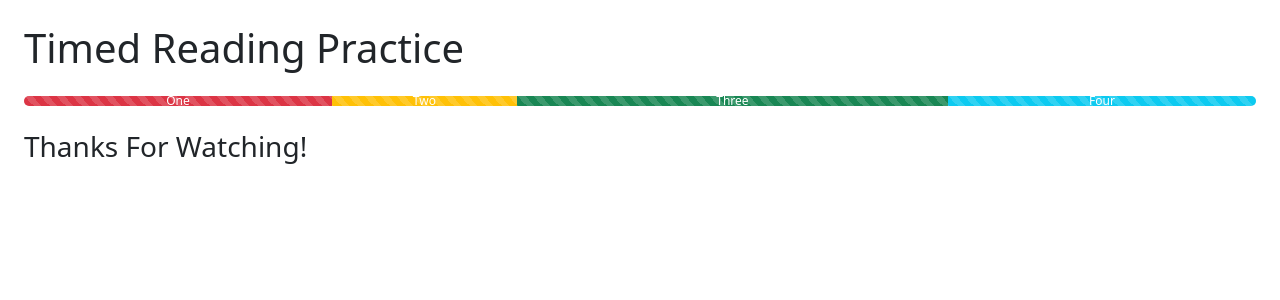
Repository: sarahlochhead/check-santas-list
Page: index.html
These files come from the project's save history. The page is drawn as it stood at one moment and after the next save; the edit follows.
The browser window is 1280 px wide. The pictures show the whole page.

Above is the page before, as saved 2022-11-23 15:00:55.

### index.html
<!DOCTYPE html>
<html lang="en">
<head>
    <meta charset="utf-8">
    <meta name="viewport" content="width=device-width, initial-scale=1, shrink-to-fit=no">
    <title>Progress Bar | Bootstrap</title>
    <!-- STEP 1: Link to Bootstrap CSS -->
    <link href="https://cdn.jsdelivr.net/npm/bootstrap@5.2.3/dist/css/bootstrap.min.css"  rel="stylesheet" integrity="sha384-rbsA2VBKQhggwzxH7pPCaAqO46MgnOM80zW1RWuH61DGLwZJEdK2Kadq2F9CUG65" crossorigin="anonymous">
</head>
<body class="m-4">
    <!-- STEP 3: Review the HTML for the page -->
    <main>
        <h1>Timed Reading Practice</h1>
        <!-- STEP 4: Create a div and add .progress and some top and bottom margin -->
        <div class="progress mt-4 mb-4 sticky-top" style="height: 10px;">
            <!-- STEP 5: Create another div .progress-bar. Add the appropriate roles and aria attributes (b/c this is not the HTML5 semantic element <progress>)-->
            <div class="progress-bar bg-danger progress-bar-striped progress-bar-animated" role="progressbar" aria-label="Long Read Progress Bar" style="width:25%" aria-valuenow="25" aria-valuemin="0" aria-valuemax="100">One</div>
            <!-- STEP 6: Change the value of width property to 50% percentage and see what happens Note: The aria-valuenow should also be changed -->
            <!-- STEP 7: Add a label to the progress-bar adding text in the div -->
            <!-- STEP 8: Add a bootstrap background color to the progress-bar (bg-success bg-info bg-warning) -->
            <!-- STEP 9: Try adding a bootstrap class of .progress-bar-striped and .progress-bar-animated to the .progress-bar -->
            <!-- STEP 10: Create three more inner divs .progress bar and change the color and width. (copy/paste) -->
            <div class="progress-bar bg-warning progress-bar-striped progress-bar-animated" role="progressbar" aria-label="Long Read Progress Bar" style="width:15%" aria-valuenow="15" aria-valuemin="0" aria-valuemax="100">Two</div>
            <div class="progress-bar bg-success progress-bar-striped progress-bar-animated" role="progressbar" aria-label="Long Read Progress Bar" style="width:35%" aria-valuenow="35" aria-valuemin="0" aria-valuemax="100">Three</div>
            <div class="progress-bar bg-info progress-bar-striped progress-bar-animated" role="progressbar" aria-label="Long Read Progress Bar" style="width:25%" aria-valuenow="25" aria-valuemin="0" aria-valuemax="100">Four</div>
            <!-- STEP 11: Set a height on the div.progress -->
            <!-- STEP 12: give the the div.progress a position class .sticky-top -->
        </div> <!-- .progress -->

        <footer id="end">
            <h3>Thanks For Watching!</h3>
        </footer>
    </main>
    <!-- STEP 2: Link to Bootstrap JS -->
    <script src="https://cdn.jsdelivr.net/npm/bootstrap@5.2.3/dist/js/bootstrap.bundle.min.js"></script>
</body>
</html>

After the next save:
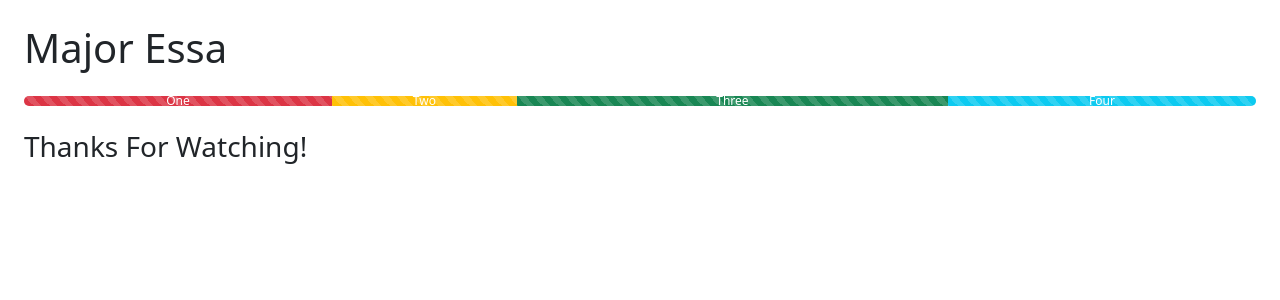
Saved 9 s later.
--- a/index.html
+++ b/index.html
@@ -10,7 +10,7 @@
 <body class="m-4">
     <!-- STEP 3: Review the HTML for the page -->
     <main>
-        <h1>Timed Reading Practice</h1>
+        <h1>Major Essa</h1>
         <!-- STEP 4: Create a div and add .progress and some top and bottom margin -->
         <div class="progress mt-4 mb-4 sticky-top" style="height: 10px;">
             <!-- STEP 5: Create another div .progress-bar. Add the appropriate roles and aria attributes (b/c this is not the HTML5 semantic element <progress>)-->
